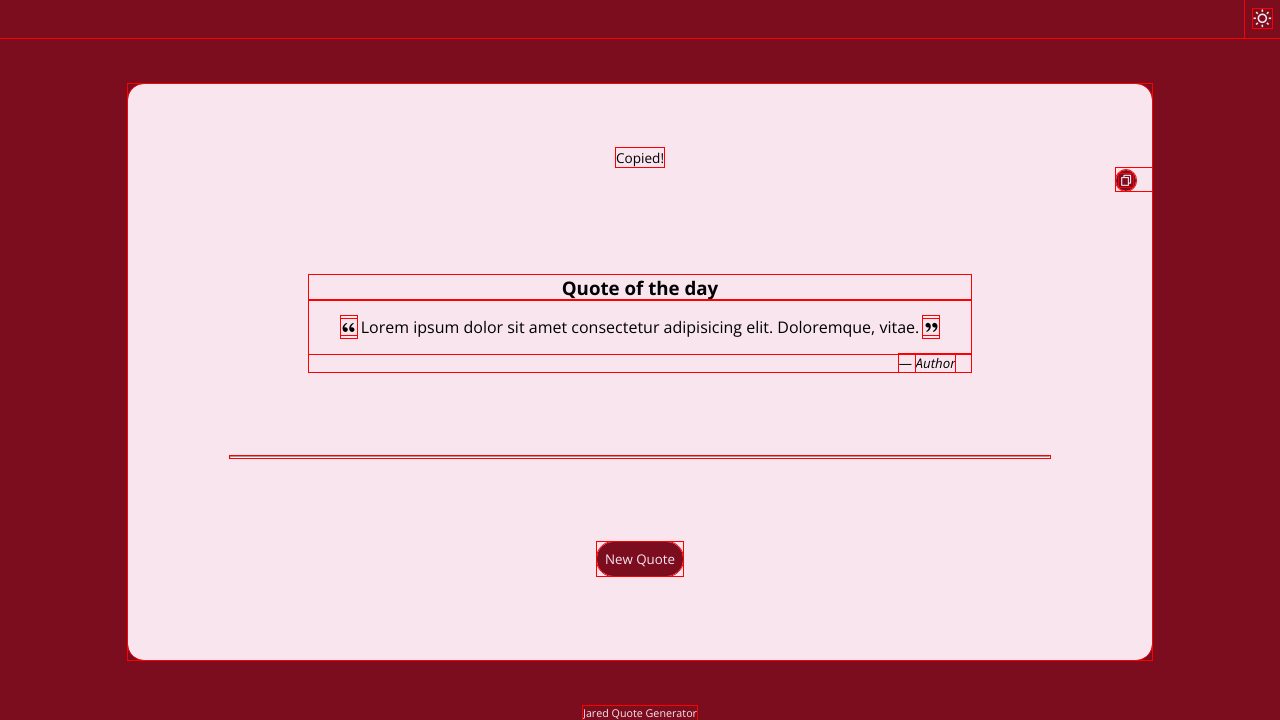
Repository: EguJaredoBoyd/Jared-Quote-Generator
Page: html/main.html
These files come from the project's save history. The page is drawn as it stood at one moment and after the next save; the edit follows.
The browser window is 1280 px wide. The pictures show the whole page.
After loading, the first visible `#copy-quote` was clicked once.
Some web libraries are served in a nearby version.

Above is the page before, as saved 2026-01-09 23:58:19.

After the next save:
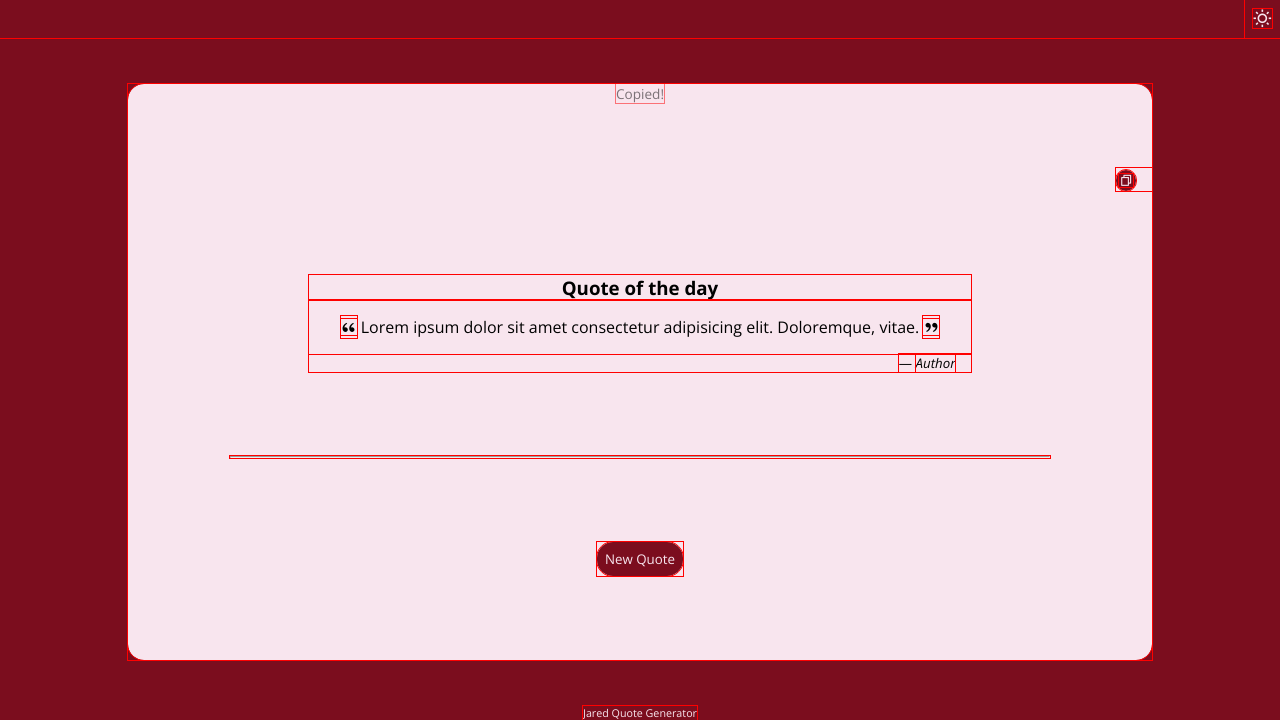
Saved 97 s later.
--- a/js/copy.js
+++ b/js/copy.js
@@ -9,6 +9,10 @@ function copyQuoteToClipboard() {
     navigator.clipboard.writeText(quoteToCopy);
 
     copyFeedback.classList.add("show");
+
+    setTimeout(() => {
+      copyFeedback.classList.remove("show");
+    });
   });
 }
 
